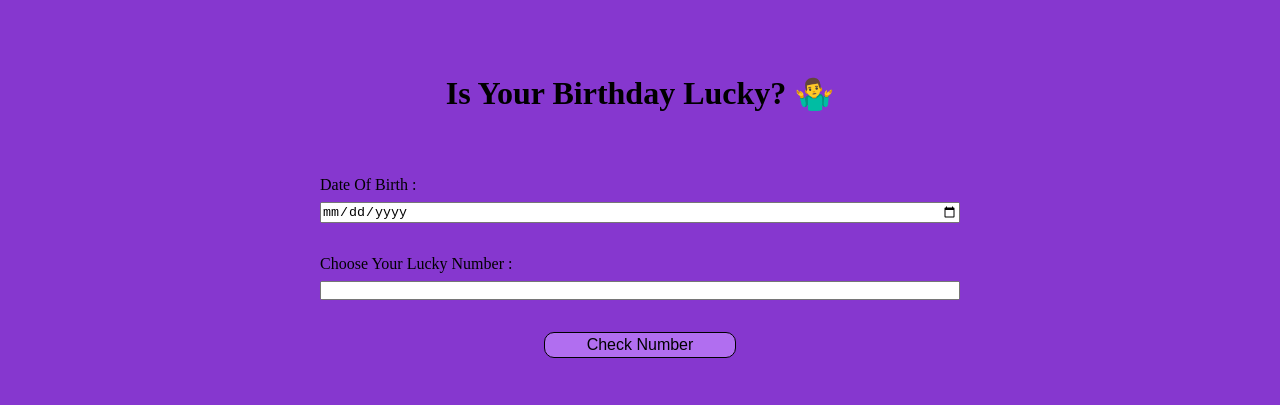
Repository: patelamancode/Lucky-Birthday-App
Page: index.html
These files come from the project's save history. The page is drawn as it stood at one moment and after the next save; the edit follows.
The browser window is 1280 px wide. The pictures show the whole page.

Above is the page before, as saved 2022-11-21 17:20:34.

After the next save:
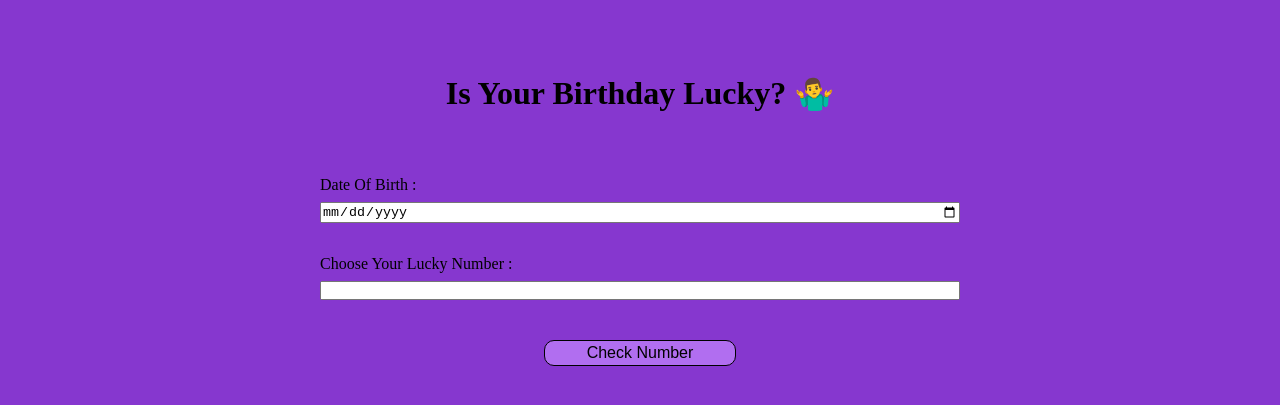
Saved 51 s later.
--- a/index.css
+++ b/index.css
@@ -31,8 +31,7 @@
  } */
  button{
     margin: auto;
-    margin-top: 2rem;
-
+    margin-top: 2.5rem;
     width: 30%;
     padding: 3px;
     font-size: 1rem;
